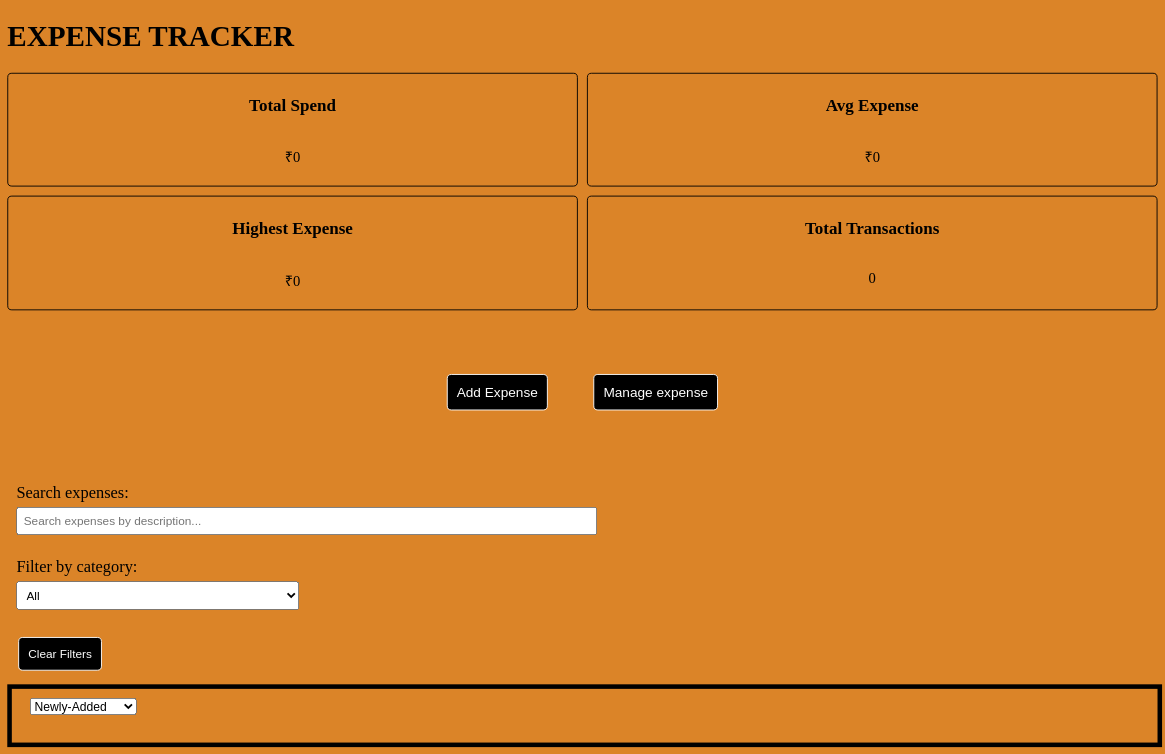
Repository: Gaurav124937/Expense-Tracker
Page: index.html
An editor plug-in stored every save of this project. The page is shown before and after the next save, followed by the edit.
The browser window is 1280 px wide. The pictures show the whole page, at 91% of full size.

Above is the page before, as saved 2026-09-20 20:14:32.

### index.html
<!doctype html>
<html lang="en">
  <head>
    <meta charset="UTF-8" />
    <meta name="viewport" content="width=device-width, initial-scale=1.0" />
    <title>Expense tracker</title>
    <link rel="stylesheet" href="style.css" />
    <script src="script.js" defer></script>
  </head>

  <body>
    <h1>EXPENSE TRACKER</h1>

    <div class="grid">
      <section class="section">
        <h3>Total Spend</h3>
        <p>₹0</p>
      </section>

      <section class="section">
        <h3>Avg Expense</h3>
        <p>₹0</p>
      </section>

      <section class="section">
        <h3>Highest Expense</h3>
        <p>₹0</p>
      </section>

      <section class="section">
        <h3>Total Transactions</h3>
        <p>0</p>
      </section>
    </div>

    <div class="buttons-grid">
      <button class="btn add-expense-button">Add Expense</button>
      <button class="btn manage-expense-button">Manage expense</button>
    </div>

    <div class="filter-container">
      <div class="search-filter-container">
        <label class="filter-form-label" for="expense-search"
          >Search expenses:</label
        >
        <input
          type="text"
          class="expense-search"
          placeholder="Search expenses by description..."
        />
      </div>
      <div class="category-filter-container">
        <label class="filter-form-label" for="category"
          >Filter by category:</label
        >
        <select class="category-filter" name="category">
          <option value="all">All</option>
          <option value="food">Food</option>
          <option value="petrol">Petrol</option>
          <option value="travel">Travel</option>
          <option value="shopping">Shopping</option>
          <option value="transport">Transport</option>
          <option value="other">Other</option>
        </select>
      </div>
      <div>
        <button class="clear-filters">Clear Filters</button>
      </div>
    </div>
    <div class="main-container">
      <div class="expense-card-sort">
        <select class="sort-expenses">
          <option value="latest">Newly-Added</option>
          <option value="newest">Newest First</option>
          <option value="oldest">Oldest First</option>
          <option value="highest">Highest Amount</option>
          <option value="lowest">Lowest Amount</option>
        </select>
      </div>
      <div class="expense-list expense-list-view"></div>
    </div>
    <form method="post" class="expense-form form-hidden">
      <div class="form">
        <p>ADD YOUR DETAILS</p>

        <div class="formating">
          <label for="expense">Enter amount</label>
          <input type="number" id="expense" name="expense" />
        </div>

        <div class="formating">
          <label for="description">Enter description</label>
          <input type="text" id="description" name="description" />
        </div>

        <div class="formating">
          <label for="category">Select category</label>
          <select id="category" name="category">
            <option value="all">All</option>
            <option value="food">Food</option>
            <option value="petrol">Petrol</option>
            <option value="travel">Travel</option>
            <option value="shopping">Shopping</option>
            <option value="transport">Transport</option>
            <option value="other">Other</option>
          </select>
        </div>

        <div class="formating">
          <label for="date">Enter date</label>
          <input type="date" id="date" name="date" />
        </div>

        <div class="formating">
          <button class="save-expense-button" type="submit">
            Save expense
          </button>
        </div>
      </div>
    </form>

    <div class="total-expense"></div>
  </body>
</html>

### style.css
.grid {
  display: grid;
  grid-template-columns: repeat(2, 1fr);
  gap: 10px;
}

.section {
  display: flex;
  flex-direction: column;
  align-items: center;
  border-radius: 5px;
  border-color: black;
  border: 1px solid;
  padding: 5px;
}
.buttons-grid {
  display: flex;
  flex-direction: row;
  padding: 50px;
  gap: 10px;
  justify-content: center;
}
.btn {
  padding: 10px;
  border-radius: 5px;
  border-color: black;
  border: 1px solid;
  margin: 20px;
  font-size: 15px;
  block-size: 40px;
  color: white;
  background-color: black;
}
.form {
  display: flex;
  flex-direction: column;
  padding: 20px;
}
.formating {
  display: flex;
  flex-direction: column;
  padding: 5px;
  width: 75%;
}
.save-expense-button {
  padding: 10px;
  border-radius: 5px;
  border-color: black;
  border: 1px solid;
  margin-top: 20px;
  font-size: 15px;
  block-size: 40px;
  color: white;
  background-color: black;
  width: 45%;
}
.form-hidden {
  display: none;
}

.main-container {
  padding: 10px;
  border: 5px solid;
  gap: 10px;
  width: 98%;
}

.expense-list-view {
  display: flex;
  flex-direction: row;
  padding: 10px;
  gap: 10px;
  overflow-x: auto;
}
.expense-display-card {
  display: flex;
  flex-direction: column;
  padding: 8px;
  border: 3px solid;
  border-radius: 10px;
  width: 200px;
  background-color: rgba(0, 26, 255, 0.585);
  height: 300px;
  flex-shrink: 0;
  box-sizing: border-box;
}

.expense-text-styling {
  font-size: 15px;
  color: white;
  font-weight: bold;
}

.delete-expense-button {
  padding: 5px;
  border-radius: 5px;
  width: 50%;
  border-color: black;
  border: 1px solid;
  margin-top: 20px;
  font-size: 15px;
  block-size: 30px;
  color: white;
  background-color: rgba(255, 0, 0, 0.761);
}

.edit-expense-button {
  padding: 5px;
  border-radius: 5px;
  width: 50%;
  border-color: black;
  border: 1px solid;
  margin-top: 20px;
  font-size: 15px;
  block-size: 30px;
  color: white;
  background-color: rgb(0, 0, 0);
}

.expense-info {
  display: flex;
  flex-direction: column;
  flex: 1;
  min-height: 0;
  overflow: auto;
}
.expense-actions {
  display: flex;
  flex-direction: row;
  gap: 10px;
  margin-top: auto;
  flex-shrink: 0;
}

body {
  background-color: rgb(219, 132, 40);
}

.expense-description {
  text-overflow: ellipsis;
  overflow: hidden;
  overflow-wrap: break-word;
  line-clamp: 3;
  -webkit-line-clamp: 3;
  display: -webkit-box;
  -webkit-box-orient: vertical;
}

.expense-description.expanded {
  display: block;
  line-clamp: unset;
  -webkit-line-clamp: unset;
  overflow: visible;
  overflow-wrap: break-word;
}
.expense-search {
  width: 50%;
  font-size: 13px;
  padding: 6px;
  margin-bottom: 10px;
}
.category-filter-container {
  display: flex;
  flex-direction: column;
  padding: 10px;
}
.category-filter {
  width: 25%;
  font-size: 13px;
  padding: 6px;
  margin-bottom: 20px;
}
.filter-container {
  display: flex;
  flex-direction: column;
  padding: 5px;
  gap: 5px;
}
.search-filter-container {
  display: flex;
  flex-direction: column;
  padding: 5px;
}
.category-filter-container {
  display: flex;
  flex-direction: column;
  padding: 5px;
}
.filter-form-label {
  font-size: 18px;
  margin-bottom: 5px;
  color: rgb(0, 0, 0);
}
.clear-filters {
  padding: 10px;
  border-radius: 5px;
  border-color: black;
  margin-left: 7px;
  margin-bottom: 10px;
  border: 1px solid;
  font-size: 13px;
  color: white;
  background-color: black;
}

.expense-card-sort {
  margin-left: 10px;
  font-size: 13px;
  width: 20%;
}

### script.js
const addExpenseButton = document.querySelector(".add-expense-button");

const expenseForm = document.querySelector(".expense-form");

addExpenseButton.addEventListener("click", function showExpenseForm() {
  expenseForm.classList.toggle("form-hidden");
});

const expenses = [];
getData();

expenses.forEach((expense) => {
  renderExpense(expense);
});

let editingExpenseId = null;

// FUNCTION WORKS ON SUBMITTING THE FORM
expenseForm.addEventListener("submit", function (event) {
  event.preventDefault();
  const amount = Number(document.querySelector("#expense").value);
  const descript = document.querySelector("#description").value;
  const category = document.querySelector("#category").value;
  const date = document.querySelector("#date").value;

  if (amount <= 0 || descript.trim() === "" || category == "" || date === "") {
    alert("please enter all details carefully");
    return;
  }
  const expense = {
    id: crypto.randomUUID(),
    expense: amount,
    description: descript,
    category: category,
    date: date,
  };

  //IMPLEMENTATION OF EDIT EXPENSE WORKING

  if (editingExpenseId == null) {
    expenses.push(expense);
    storingData();
    expenseForm.reset();

    renderExpense(expense);
  } else {
    const index = expenses.findIndex(
      (expense) => expense.id === editingExpenseId,
    );
    const expenseToSave = expenses[index];
    if (index !== -1) {
      expenseToSave.expense = amount;
      expenseToSave.description = descript;
      expenseToSave.category = category;
      expenseToSave.date = date;
    }

    storingData();
    expenseForm.reset();
    const expenseElement = document.getElementById(editingExpenseId);
    const infoDiv = expenseElement.querySelector(".expense-info");
    infoDiv.innerHTML = `
    <p class="expense-text-styling expense-description ">${expenseToSave.description}</p>
    <p class="expense-text-styling">₹${expenseToSave.expense}</p>
    <p class="expense-text-styling">${expenseToSave.category}</p>
  <p class="expense-text-styling">${expenseToSave.date}</p>
  `;
    document.querySelector(".total-expense").innerHTML =
      `<p>TOTAL EXPENSE: ${totalExpense()}</p>`;

    editingExpenseId = null;
  }
});

//FUNCTION TO FIND TOTAL EXPENSE
function totalExpense() {
  const totalExpense = expenses.reduce((total, expense) => {
    return total + expense.expense;
  }, 0);
  return totalExpense;
}

// FUNCTIONS TO STORE AND GET DATA
function storingData() {
  const expenseArrayString = JSON.stringify(expenses);
  localStorage.setItem("array", expenseArrayString);
}

function getData() {
  const expensesArray = JSON.parse(localStorage.getItem("array"));
  if (expensesArray !== null) {
    expenses.push(...expensesArray);
  }

  console.log(expensesArray);
}

//FUNCTION TO DISPLAY EXPENSE ON DISPLAY
function renderExpense(expense) {
  const expenseList = document.querySelector(".expense-list");

  const expenseElement = document.createElement("div");
  expenseElement.classList.add("expense-display-card");
  expenseElement.id = expense.id;

  const infoDiv = document.createElement("div");
  infoDiv.classList.add("expense-info");
  infoDiv.innerHTML = `
    <p class="expense-text-styling expense-description ">${expense.description}</p>
    <p class="expense-text-styling">₹${expense.expense}</p>
    <p class="expense-text-styling">${expense.category}</p>
  <p class="expense-text-styling">${expense.date}</p>
  `;
  expenseElement.appendChild(infoDiv);

  const actionDiv = document.createElement("div");
  actionDiv.classList.add("expense-actions");
  actionDiv.innerHTML = `
  <button class="delete-expense-button">Delete</button>
  <button class="edit-expense-button">Edit</button>
  `;

  expenseElement.appendChild(actionDiv);

  expenseList.appendChild(expenseElement);
  const descriptionElement = expenseElement.querySelector(
    ".expense-description",
  );
  descriptionElement.addEventListener("click", () => {
    descriptionElement.classList.toggle("expanded");
  });

  updateTotal();

  const deleteExpense = expenseElement.querySelector(".delete-expense-button");
  deleteExpense.addEventListener("click", function () {
    expenseElement.remove();
    const index = expenses.findIndex(
      (expense) => expense.id === expenseElement.id,
    );
    if (index !== -1) {
      expenses.splice(index, 1);
    }

    storingData();

    updateTotal();
  });

  const editExpense = expenseElement.querySelector(".edit-expense-button");
  editExpense.addEventListener("click", function () {
    const index = expenses.findIndex(
      (expense) => expense.id === expenseElement.id,
    );
    if (index !== -1) {
      const expenseToEdit = expenses[index];

      editingExpenseId = expenseToEdit.id;

      document.querySelector("#expense").value = expenseToEdit.expense;
      document.querySelector("#description").value = expenseToEdit.description;
      document.querySelector("#category").value = expenseToEdit.category;
      document.querySelector("#date").value = expenseToEdit.date;
    }
    expenseForm.classList.toggle("form-hidden");
  });
}

const searchInput = document.querySelector(".expense-search");
searchInput.addEventListener("input", updateExpenseList);

const categoryFilter = document.querySelector(".category-filter");
categoryFilter.addEventListener("change", updateExpenseList);

const sortExpenses = document.querySelector(".sort-expenses");
sortExpenses.addEventListener("change", updateExpenseList);


//FUNCTION FOR FILTER EXPENSES BY DESCRIPTION, CATEGORY AND SORTING
function updateExpenseList() {
  const searchText = searchInput.value.toLowerCase();
  const selectedCategory = categoryFilter.value;
  const selectedSort = sortExpenses.value;

  let displayedExpenses = expenses.filter((expense) => {
    const matchesSearch = expense.description
      .toLowerCase()
      .includes(searchText);

    const matchesCategory =
      selectedCategory === "all" ||
      expense.category.toLowerCase() === selectedCategory;

    return matchesSearch && matchesCategory;
  });

  if(selectedSort === "latest"){
    expenses.forEach((expense) => {
    renderExpense(expense);
  });
  }

  if (selectedSort === "highest") {
    displayedExpenses.sort((a, b) => b.expense - a.expense);
  }

  if (selectedSort === "lowest") {
    displayedExpenses.sort((a, b) => a.expense - b.expense);
  }

  if (selectedSort === "newest") {
    displayedExpenses.sort((a, b) => new Date(b.date) - new Date(a.date));
  }

  if (selectedSort === "oldest") {
    displayedExpenses.sort((a, b) => new Date(a.date) - new Date(b.date));
  }

  const expenseList = document.querySelector(".expense-list");
  expenseList.innerHTML = "";

  if (displayedExpenses.length === 0) {
    expenseList.innerHTML = "<p>No expenses found.</p>";
    return;
  }

  displayedExpenses.forEach((expense) => {
    renderExpense(expense);
  });
}
//FUNCTION FOR UPDATING TOTAL
function updateTotal() {
  const totalAmount = document.querySelector(".total-expense");

  totalAmount.innerHTML = `<p>TOTAL EXPENSE: ${totalExpense()}</p>`;
}

//CLEARING FILTER
const clearFiltersButton = document.querySelector(".clear-filters");

clearFiltersButton.addEventListener("click", function () {
  searchInput.value = "";
  categoryFilter.value = "all";
  sortExpenses.value="latest";

  updateExpenseList();
});

After the next save:
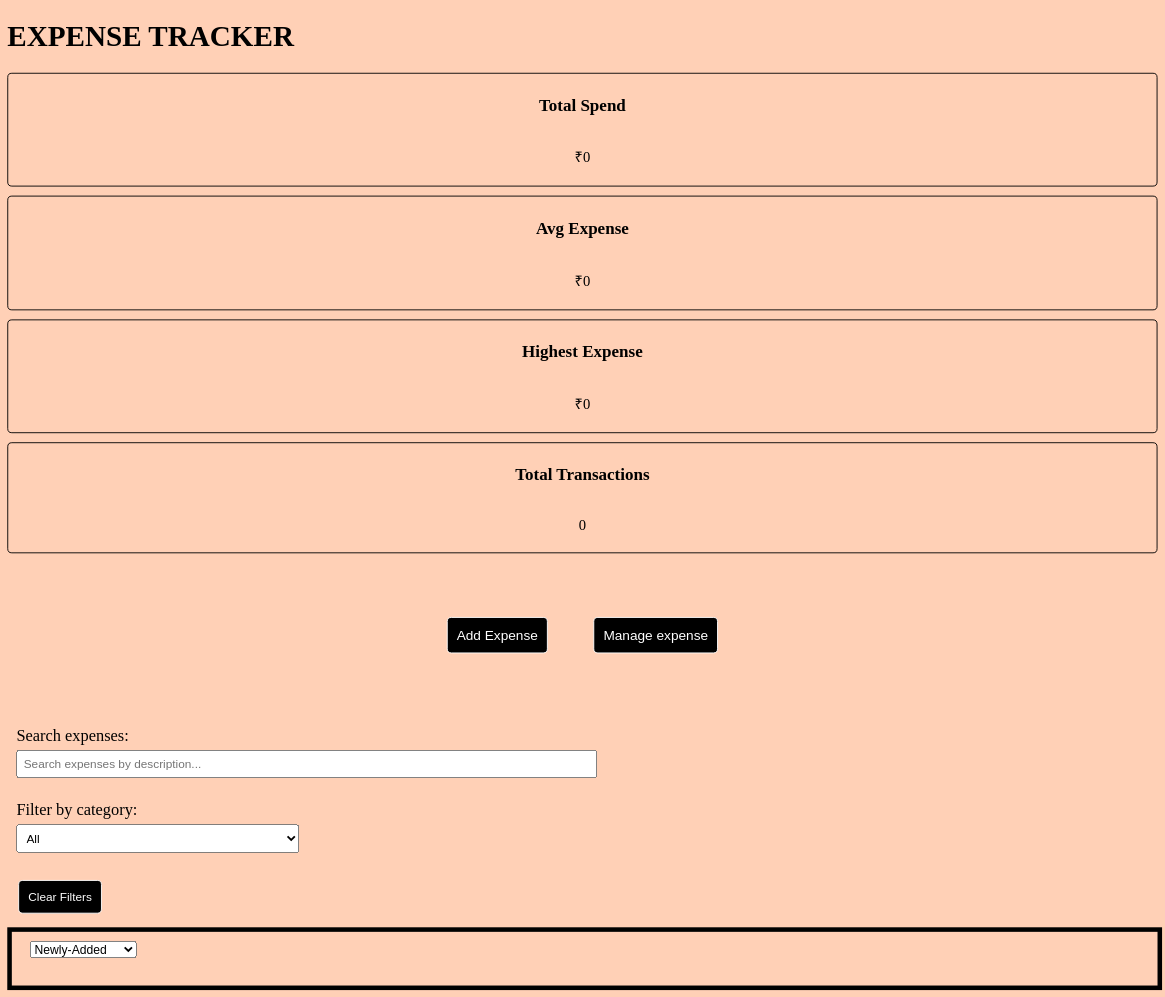
Saved 10 s later.
--- a/style.css
+++ b/style.css
@@ -1,6 +1,6 @@
 .grid {
   display: grid;
-  grid-template-columns: repeat(2, 1fr);
+  grid-template-columns: repeat(, 1fr);
   gap: 10px;
 }
 
@@ -133,7 +133,7 @@
 }
 
 body {
-  background-color: rgb(219, 132, 40);
+  background-color: rgba(255, 94, 0, 0.288);
 }
 
 .expense-description {
